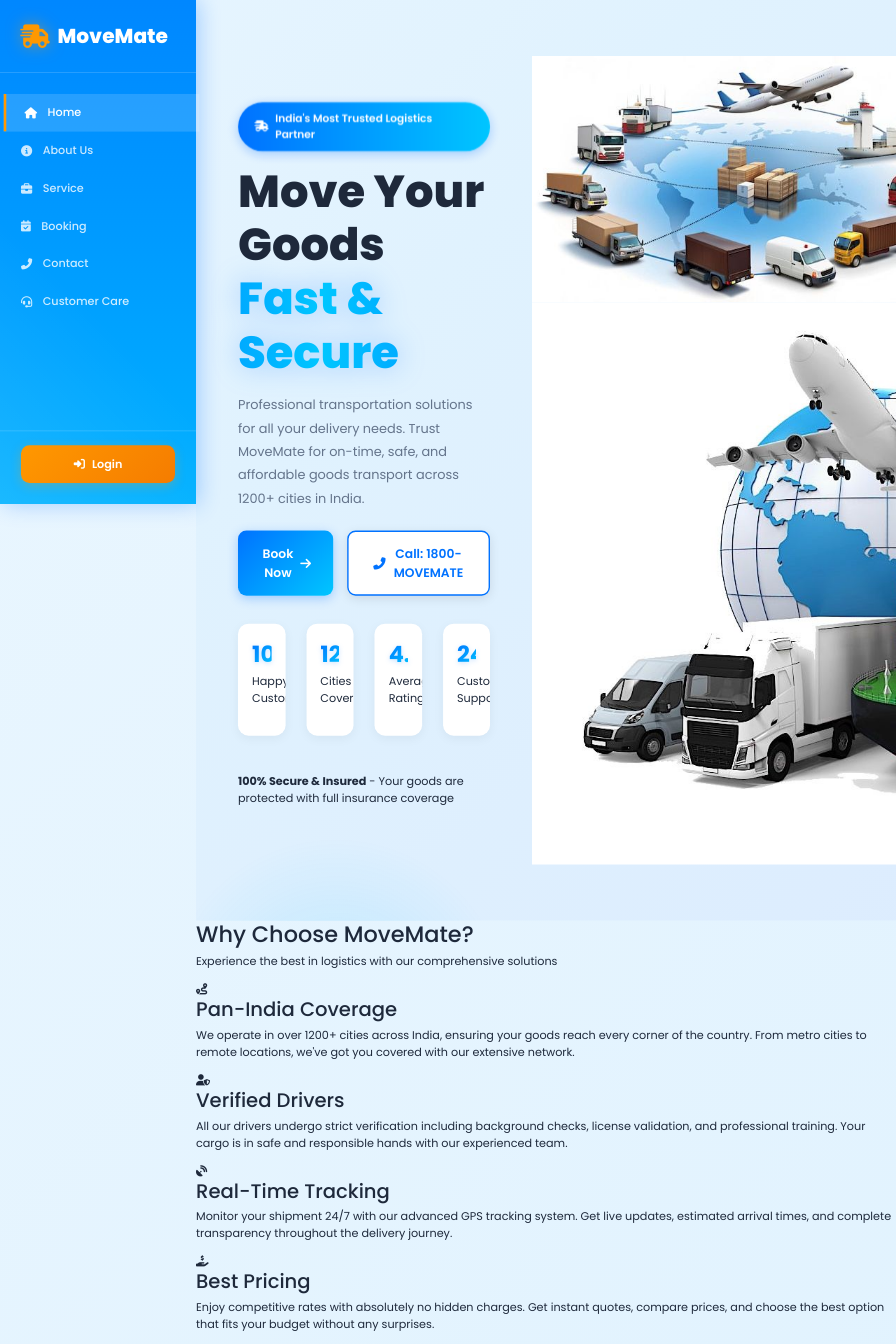
Repository: MoveMate7018/Slokdhorda7014
Page: index.html
These files come from the project's save history. The page is drawn as it stood at one moment and after the next save; the edit follows.
The browser window is 1280 px wide. The pictures show the part of the page from y = 0 to 1920 px (the page is 3404 px tall before and 3432 px after), at 70% of full size.

Above is the page before, as saved 2025-11-19 12:00:35.

After the next save:
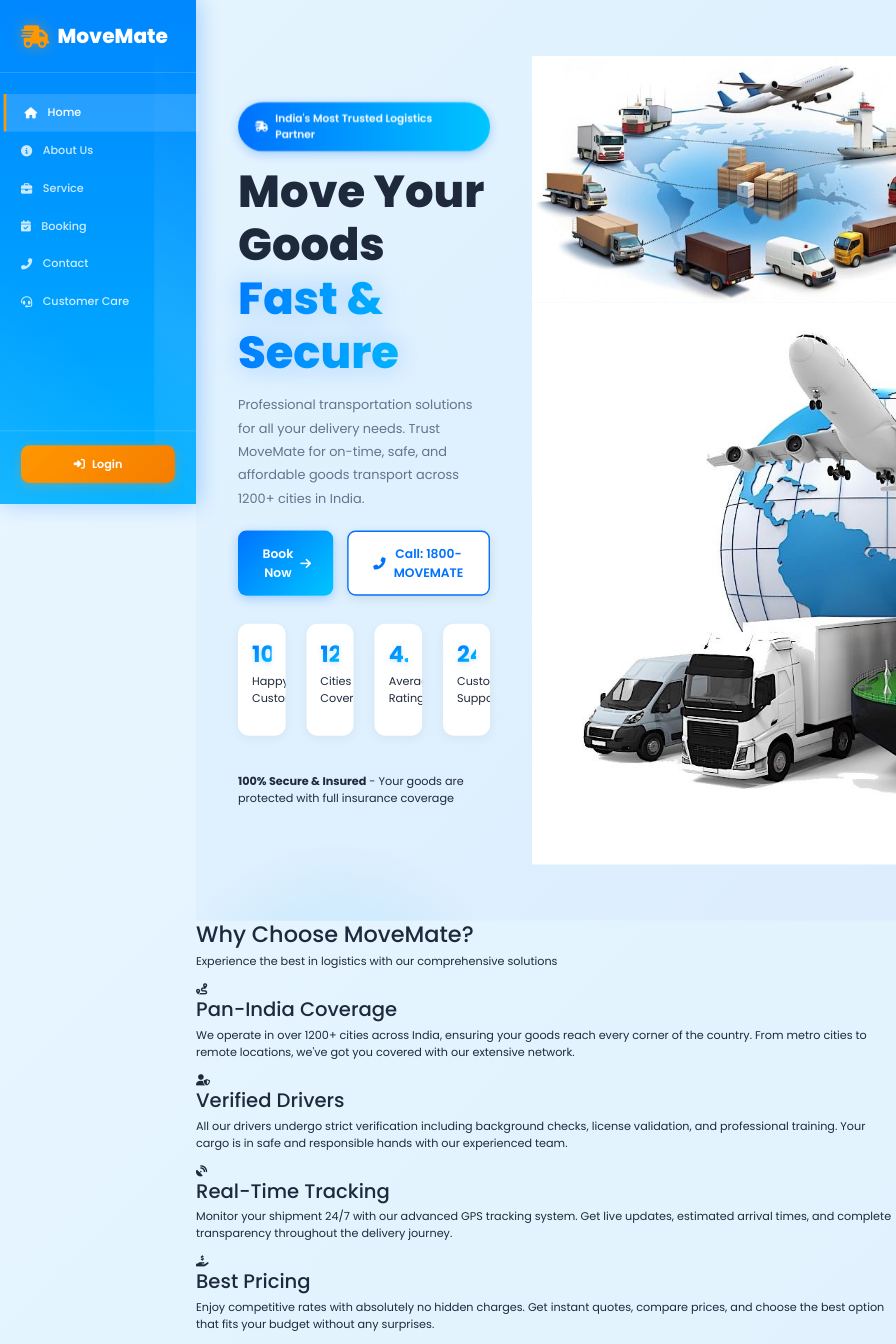
Saved 17 s later.
--- a/index.html
+++ b/index.html
@@ -335,5 +335,52 @@
         </div>
       </footer>
     </main>
+
+    <!-- Scroll to Top Button -->
+    <button id="scrollToTop" class="scroll-to-top" onclick="window.scrollTo({top: 0, behavior: 'smooth'})">
+      <i class="fas fa-arrow-up"></i>
+    </button>
+
+    <script>
+      // Scroll to top button visibility
+      window.addEventListener('scroll', function() {
+        const scrollBtn = document.getElementById('scrollToTop');
+        if (window.pageYOffset > 300) {
+          scrollBtn.style.opacity = '1';
+          scrollBtn.style.pointerEvents = 'auto';
+        } else {
+          scrollBtn.style.opacity = '0';
+          scrollBtn.style.pointerEvents = 'none';
+        }
+      });
+
+      // Intersection Observer for scroll animations
+      const observerOptions = {
+        threshold: 0.1,
+        rootMargin: '0px 0px -100px 0px'
+      };
+
+      const observer = new IntersectionObserver(function(entries) {
+        entries.forEach(entry => {
+          if (entry.isIntersecting) {
+            entry.target.classList.add('animate-in');
+          }
+        });
+      }, observerOptions);
+
+      // Observe all cards and sections
+      document.querySelectorAll('.why-card, .service-card, .stat-item').forEach(el => {
+        observer.observe(el);
+      });
+
+      // Parallax effect for hero images
+      window.addEventListener('scroll', function() {
+        const scrolled = window.pageYOffset;
+        const images = document.querySelectorAll('.images, .images2');
+        images.forEach(img => {
+          img.style.transform = `translateY(${scrolled * 0.1}px)`;
+        });
+      });
+    </script>
   </body>
 </html>
